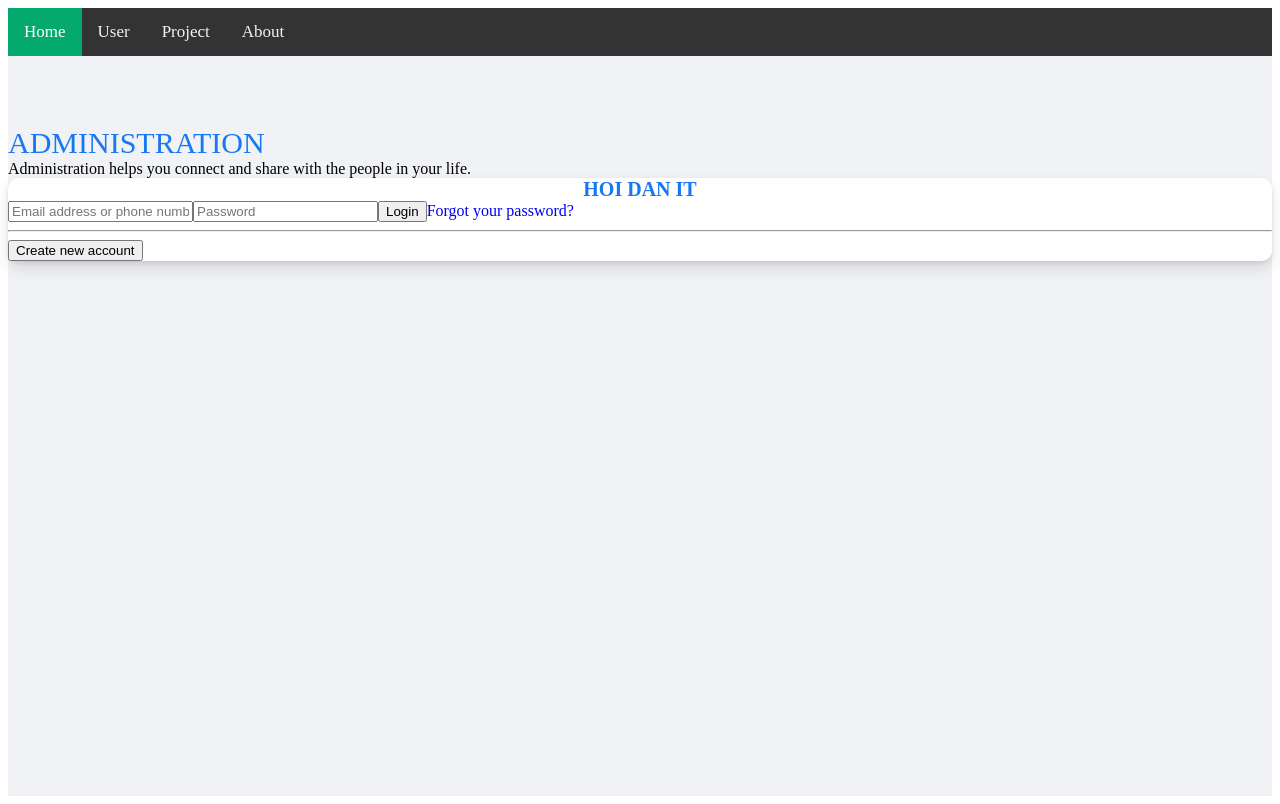
Repository: minhtien9/jwt_Reactjs_Frontend
Page: /users
An editor plug-in stored every save of this project. The page is shown before and after the next save, followed by the edit.
The browser window is 1280 px wide. The pictures show the whole page.
The project was rebuilt for these pictures with package versions that can differ from the ones it lists, and the page was loaded fresh each time. Also part of the build but not shown: src/App.scss, src/components/Register/Register.scss, src/components/Register/Register.js.

Above is the page before, as saved 2022-05-28 23:16:45.

### src/index.js
import React from 'react'
import ReactDOM from 'react-dom'
import App from './App'
import reportWebVitals from './reportWebVitals'

ReactDOM.render(
    <React.StrictMode>
        <App />
    </React.StrictMode>,
    document.getElementById('root')
)

// If you want to start measuring performance in your app, pass a function
// to log results (for example: reportWebVitals(console.log))
// or send to an analytics endpoint. Learn more: https://bit.ly/CRA-vitals
reportWebVitals()

### src/App.js
import _ from 'lodash'
import { useEffect, useState } from 'react'
import { BrowserRouter as Router, Route, Switch } from 'react-router-dom'
import { ToastContainer } from 'react-toastify'
import 'react-toastify/dist/ReactToastify.css'
import './App.scss'

import Nav from './components/Navigation/Nav'
import AppRoutes from './routes/AppRoutes'

function App() {
    const [account, setAccount] = useState({})

    useEffect(() => {
        let session = sessionStorage.getItem('account')
        if (session) {
            setAccount(JSON.parse(session))
        }
    }, [])
    return (
        <>
            <Router>
                <div className='app-header'>
                    <Nav />
                </div>
                <div className='app-container'>
                    {/* {account &&
                        !_.isEmpty(account) &&
                        account.isAuthenticated && <Nav />} */}

                    <AppRoutes />
                </div>
            </Router>
            <ToastContainer
                position='bottom-center'
                autoClose={5000}
                hideProgressBar={false}
                newestOnTop={false}
                closeOnClick
                rtl={false}
                pauseOnFocusLoss
                draggable
                pauseOnHover
            />
        </>
    )
}

export default App

### src/components/Navigation/Nav.js
import { useEffect, useState } from 'react'
import { NavLink, useLocation } from 'react-router-dom'
import './Nav.scss'

const Nav = (props) => {
    const [isShow, setIsShow] = useState(true)
    let location = useLocation()

    useEffect(() => {
        if (location.pathname === '/login') {
            setIsShow(false)
        }
    }, [])
    return (
        <>
            {isShow === true && (
                <div className='topnav'>
                    <NavLink to='/'>Home</NavLink>
                    <NavLink to='/users'>User</NavLink>
                    <NavLink to='/projects'>Project</NavLink>
                    <NavLink to='/about'>About</NavLink>
                </div>
            )}
        </>
    )
}

export default Nav

### src/routes/AppRoutes.js
import React from 'react'
import { Route, Switch } from 'react-router-dom'
import Login from '../components/Login/Login'
import Users from '../components/ManageUsers/Users'
import Register from '../components/Register/Register'
import PrivateRoutes from '../routes/PrivateRoutes'
const AppRoutes = (props) => {
    const Project = () => {
        return <span>Project</span>
    }
    return (
        <>
            <Switch>
                <PrivateRoutes path='/users' component={Users} />
                <PrivateRoutes path='/projects' component={Project} />

                <Route path='/login'>
                    <Login />
                </Route>

                <Route path='/register'>
                    <Register />
                </Route>

                <Route path='/' exact>
                    home
                </Route>
                <Route path='*'>404 Not Found</Route>
            </Switch>
        </>
    )
}

export default AppRoutes

### src/components/Navigation/Nav.scss
.topnav {
    overflow: hidden;
    background-color: #333;
    a {
        float: left;
        color: #f2f2f2;
        text-align: center;
        padding: 14px 16px;
        text-decoration: none;
        font-size: 17px;
    }

    a:hover {
        background-color: #ddd;
        color: black;
    }

    a.active {
        background-color: #04aa6d;
        color: white;
    }
}

### src/components/Login/Login.js
import { useEffect, useState } from 'react'
import { useHistory } from 'react-router-dom'
import { toast } from 'react-toastify'
import { loginUser } from '../../services/userService'
import './Login.scss'

const Login = (props) => {
    let history = useHistory()

    const [valueLogin, setValueLogin] = useState('')
    const [password, setPassword] = useState('')

    useEffect(() => {
        let session = sessionStorage.getItem('account')
        if (session) {
            history.push('/')
            window.location.reload()
        }
    }, [])

    const defaultObjValidInput = {
        isValidValueLogin: true,
        isValidPassword: true,
    }

    const [objValidInput, setObjValidInput] = useState(defaultObjValidInput)

    const handleCreateNewAccount = () => {
        history.push('./register')
    }

    const handleLogin = async () => {
        setObjValidInput(defaultObjValidInput)

        if (!valueLogin) {
            setObjValidInput({
                ...defaultObjValidInput,
                isValidValueLogin: false,
            })
            toast.error('Please enter your email address or phone number')
        }
        if (!password) {
            setObjValidInput({
                ...defaultObjValidInput,
                isValidValuePassword: false,
            })
            toast.error('Please enter your password')
        }

        let response = await loginUser(valueLogin, password)

        if (response && response.data && +response.data.EC === 0) {
            // success
            let data = {
                isAuthenticated: true,
                token: 'fake token',
            }
            sessionStorage.setItem('account', JSON.stringify(data))
            history.push('/users')

            window.location.reload()
        }

        if (response && response.data && +response.data.EC !== 0) {
            // error
            toast.error(response.data.EM)
        }
    }

    const handlePressEnter = (event) => {
        if (event.charCode === 13 && event.code === 'Enter') {
            handleLogin()
        }
    }

    return (
        <div className='login-container '>
            <div className='container'>
                <div className='row px-3 px-sm-0'>
                    <div className='content-left col-12 d-none col-sm-7 d-sm-block'>
                        <div className='brand'>Administration</div>
                        <div className='detail'>
                            Administration helps you connect and share with the
                            people in your life.
                        </div>
                    </div>
                    <div className='content-right col-sm-5 col-12 d-flex flex-column gap-3 py-3'>
                        <div className='brand d-sm-none'>Hoi Dan IT</div>
                        <input
                            type='text'
                            className={
                                objValidInput.isValidValueLogin
                                    ? 'form-control'
                                    : 'is-invalid form-control'
                            }
                            placeholder='Email address or phone number'
                            value={valueLogin}
                            onChange={(event) =>
                                setValueLogin(event.target.value)
                            }
                        />
                        <input
                            type='password'
                            className={
                                objValidInput.isValidPassword
                                    ? 'form-control'
                                    : 'is-invalid form-control'
                            }
                            placeholder='Password'
                            value={password}
                            onChange={(event) =>
                                setPassword(event.target.value)
                            }
                            onKeyPress={(event) => handlePressEnter(event)}
                        />
                        <button
                            className='btn btn-primary'
                            onClick={() => handleLogin()}
                        >
                            Login
                        </button>

                        <span className='text-center'>
                            <a className='forgot-password' href='#'>
                                Forgot your password?
                            </a>
                        </span>
                        <hr />
                        <div className='text-center'>
                            <button
                                className='btn btn-success'
                                onClick={() => handleCreateNewAccount()}
                            >
                                Create new account
                            </button>
                        </div>
                    </div>
                </div>
            </div>
        </div>
    )
}

export default Login

### src/components/ManageUsers/Users.js
import { useEffect } from 'react'
import { useHistory } from 'react-router-dom'
import './User.scss'

const Users = (props) => {
    return <div>User component</div>
}

export default Users

### src/routes/PrivateRoutes.js
import React, { useEffect } from 'react'
import { Route, useHistory } from 'react-router-dom'

const PrivateRoutes = (props) => {
    let history = useHistory()

    useEffect(() => {
        let session = sessionStorage.getItem('account')
        if (!session) {
            history.push('/login')
            window.location.reload()
        }
    }, [])
    return (
        <>
            <Route path={props.path} component={props.component} />
        </>
    )
}

export default PrivateRoutes

### src/services/userService.js
import axios from 'axios'

const registerNewUser = (email, phone, username, password) => {
    return axios.post('http://localhost:8080/api/v1/register', {
        email,
        phone,
        username,
        password,
    })
}

const loginUser = (valueLogin, password) => {
    return axios.post('http://localhost:8080/api/v1/login', {
        valueLogin,
        password,
    })
}
export { registerNewUser, loginUser }

### src/components/Login/Login.scss
.login-container {
    background-color: #f0f2f5;
    min-height: 100vh;
    padding-top: 20px;

    .content-left {
        margin-top: 50px;

        .brand {
            text-transform: uppercase;
            font-size: 30px;
            color: #1877f2;
        }

        .details {
            font-size: 20px;
        }
    }

    .content-right {
        border-radius: 10px;
        background-color: #fff;
        box-shadow: 0 2px 4px rgb(0 0 0 /10%), 0 8px 16px rgb(0 0 0 /10%);
        box-sizing: border-box;

        .brand {
            text-transform: uppercase;
            font-size: 20px;
            color: #1877f2;
            text-align: center;
            font-weight: 600;
        }

        .forgot-password {
            text-decoration: none;
            &:hover {
                text-decoration: underline;
            }
        }
    }
}

Loaded but not shown: public/index.html (common file); src/reportWebVitals.js (common file); src/components/ManageUsers/User.scss (no stored copy; drawn as an empty file)

After the next save:
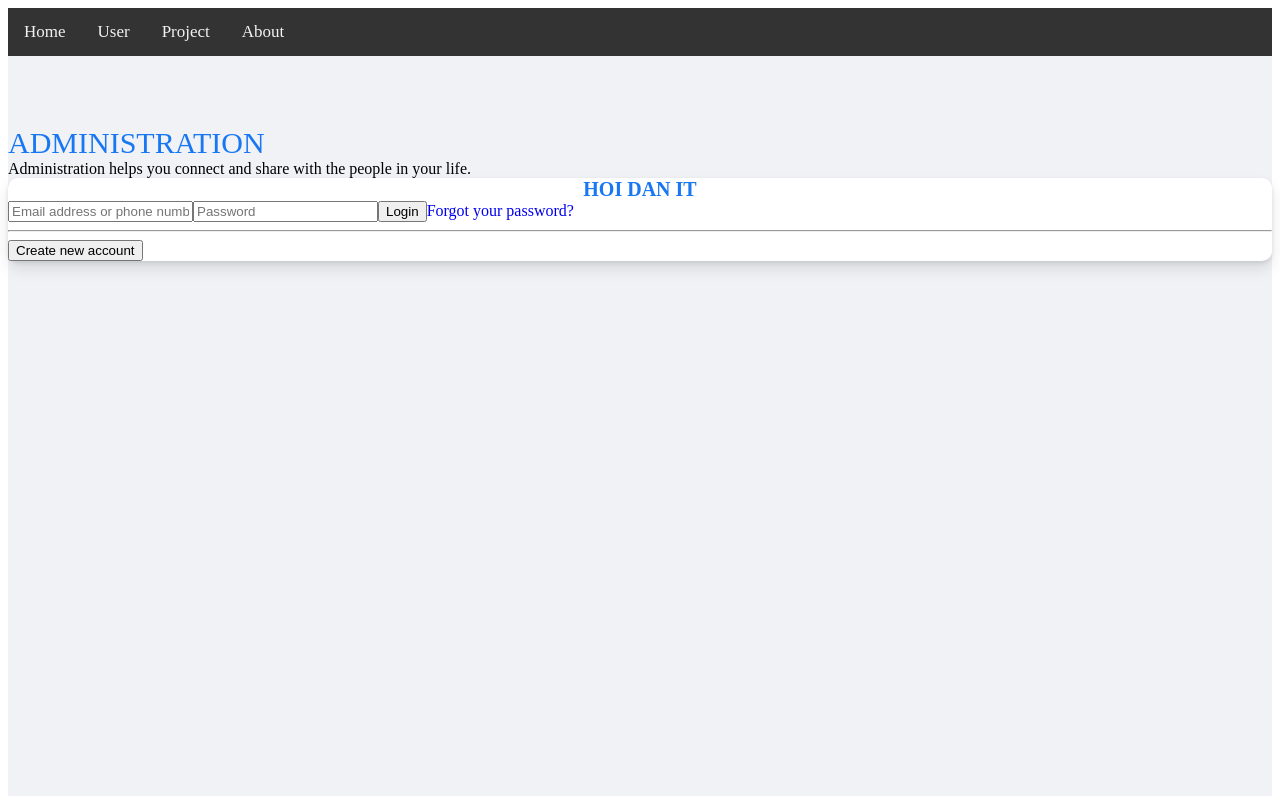
Saved 85 s later.
--- a/src/components/Navigation/Nav.js
+++ b/src/components/Navigation/Nav.js
@@ -15,7 +15,9 @@ const Nav = (props) => {
         <>
             {isShow === true && (
                 <div className='topnav'>
-                    <NavLink to='/'>Home</NavLink>
+                    <NavLink to='/' exact>
+                        Home
+                    </NavLink>
                     <NavLink to='/users'>User</NavLink>
                     <NavLink to='/projects'>Project</NavLink>
                     <NavLink to='/about'>About</NavLink>
